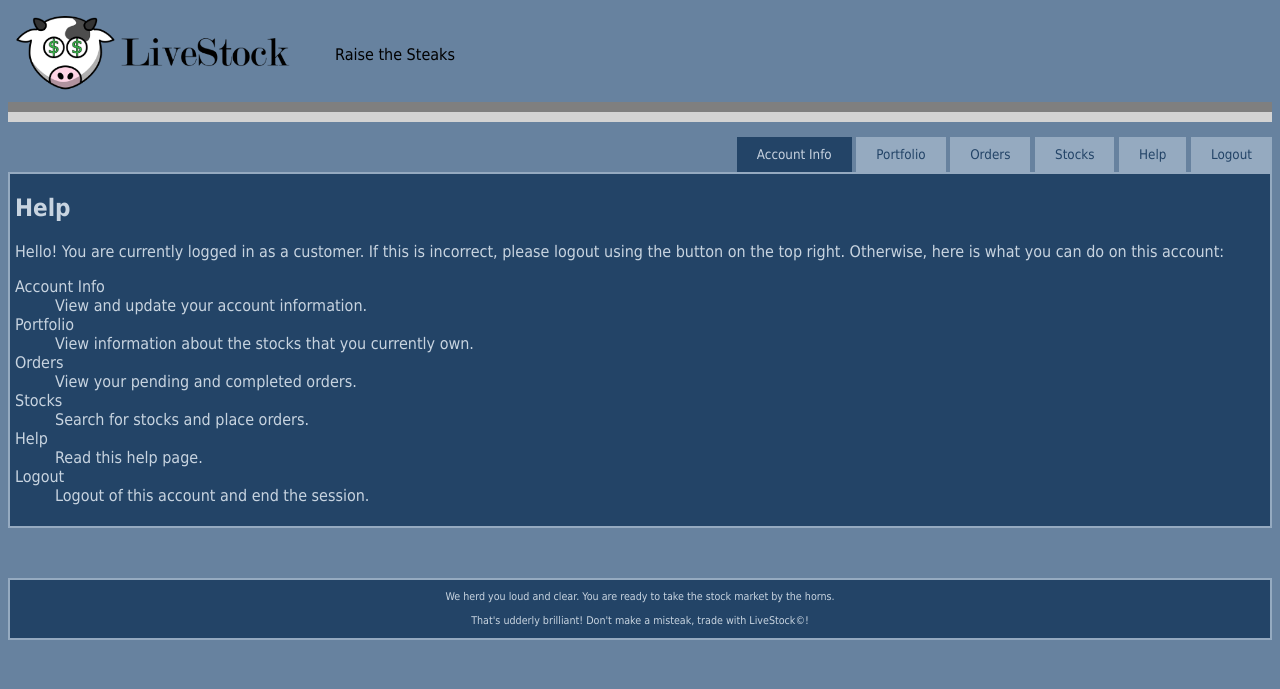
Repository: yastapova/live-stock
Page: http://localhost/LiveStockSite/WEB-INF/cust_help.jsp
An editor plug-in stored every save of this project. The page is shown before and after the next save, followed by the edit.
The browser window is 1280 px wide. The pictures show the whole page.
The page is served by Tomcat 9. Nobody is signed in. The template is opened directly, without the code that normally fills it, so the values that code supplies are empty.

Above is the page before, as saved 2016-04-19 23:33:12.

After the next save:
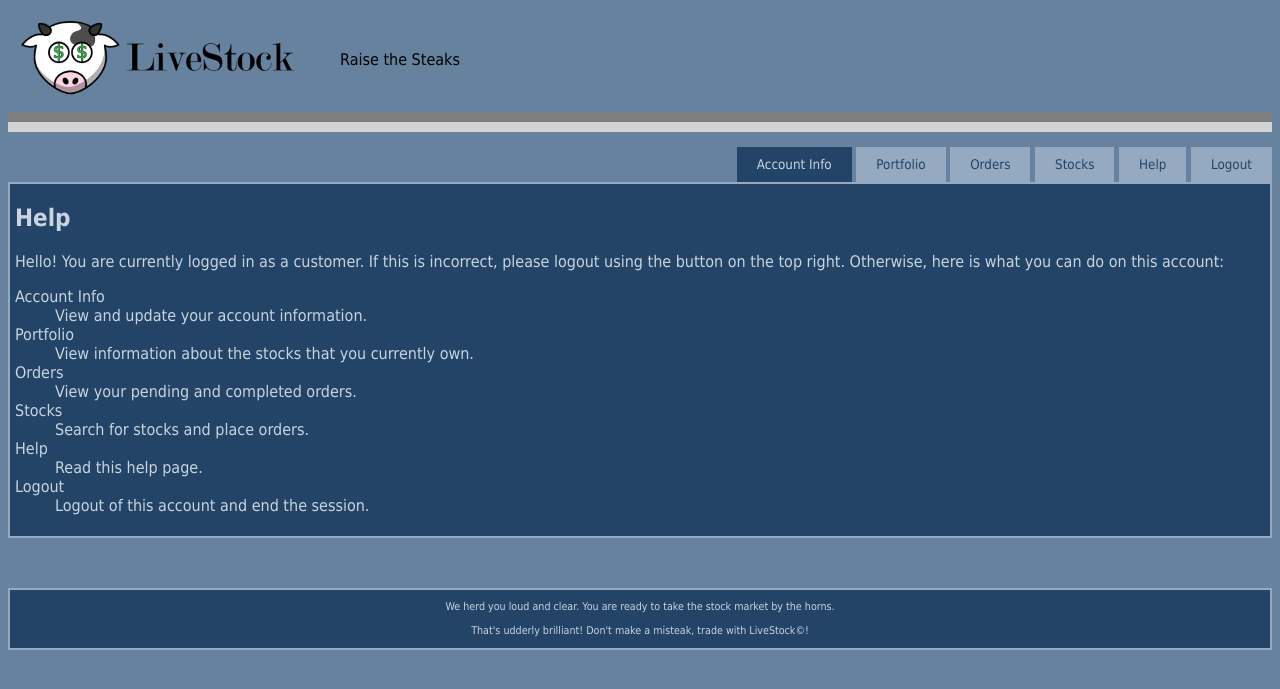
Saved 32 s later.
--- a/LiveStockSite/WebContent/WEB-INF/gen.css
+++ b/LiveStockSite/WebContent/WEB-INF/gen.css
@@ -70,5 +70,5 @@ a {
 	color: #C8D3E0;
 }
 table {
-	padding: 5px;
+	padding: 10px;
 }
